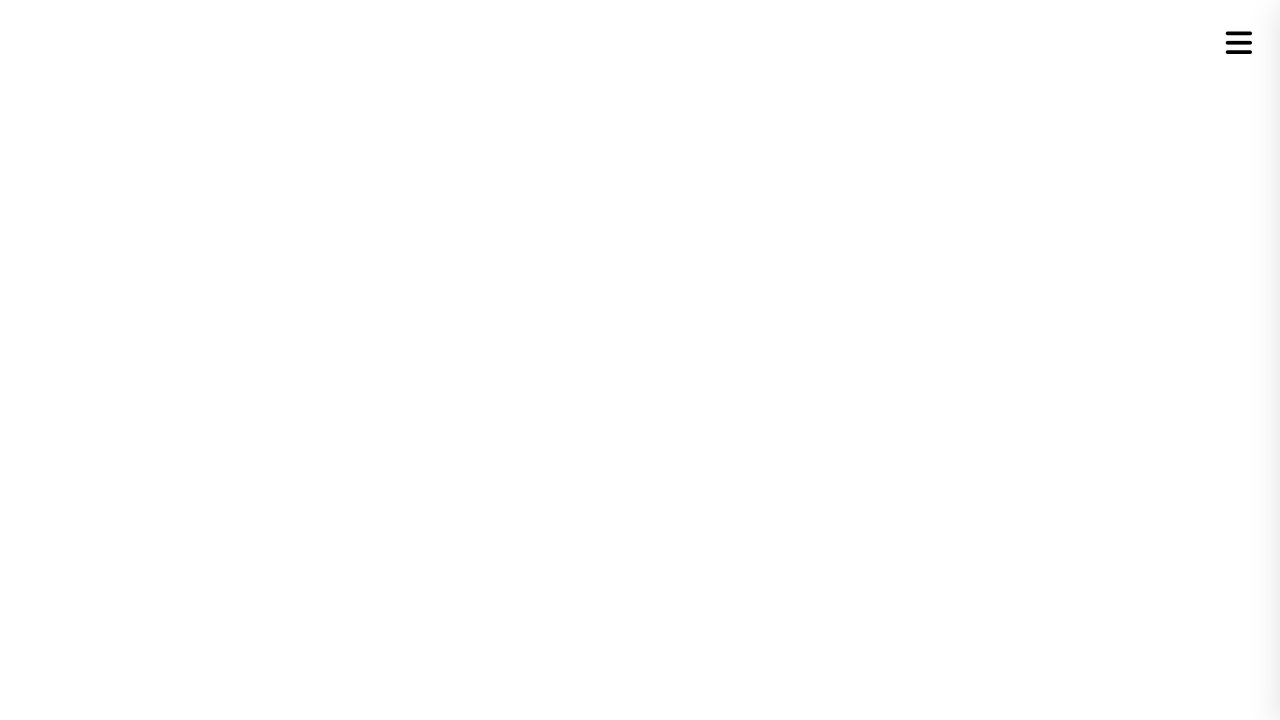
Repository: tungts3qb/Javascript
Page: toggle.html
The author's editor kept a copy of each file at every save. The page is drawn from the files as they stood at one save, then again after the next save.
The browser window is 1280 px wide. The pictures show the whole page.
After loading, the first visible `i.fa` was clicked once.

Above is the page before, as saved 2022-12-23 01:43:56.
Console error: TypeError: event.target.classList is not a function

### toggle.html
<!DOCTYPE html>
<html lang="en">
  <head>
    <meta charset="UTF-8" />
    <meta http-equiv="X-UA-Compatible" content="IE=edge" />
    <meta name="viewport" content="width=device-width, initial-scale=1.0" />
    <link
      rel="stylesheet"
      href="https://cdnjs.cloudflare.com/ajax/libs/font-awesome/6.2.1/css/all.min.css"
      integrity="sha512-MV7K8+y+gLIBoVD59lQIYicR65iaqukzvf/nwasF0nqhPay5w/9lJmVM2hMDcnK1OnMGCdVK+iQrJ7lzPJQd1w=="
      crossorigin="anonymous"
      referrerpolicy="no-referrer"
    />
    <link rel="stylesheet" href="style.css" />
    <title>Document</title>
  </head>
  <body>
    <header class="header">
      <i class="fa fa-bars menu-toggle"></i>
    </header>
    <ul class="menu">
      <li class="menu-item">
        <a href="#" class="menu-link">Home</a>
      </li>
      <li class="menu-item">
        <a href="#" class="menu-link">Home</a>
      </li>
      <li class="menu-item">
        <a href="#" class="menu-link">Home</a>
      </li>
      <li class="menu-item">
        <a href="#" class="menu-link">Home</a>
      </li>
    </ul>
    <script src="./toggle.js"></script>
  </body>
</html>

### style.css
.button {
  padding: 20px;
  color: white;
  background-color: #ffa400;
  border: 0;
  margin: 50px auto;
  display: block;
  width: 300px;
  font-family: "Poppins", sans-serif;
}

.change {
  display: block;
  padding: 15px 40px;
  border-radius: 10px;
  border: 0;
  color: white;
  font-family: "Poppins", sans-serif;
  margin: 50px auto;
  background-color: #3d6ef7;
}

.menu {
  width: 300px;
  position: fixed;
  top: 0;
  right: 0;
  bottom: 0;
  box-shadow: rgba(100, 100, 111, 0.2) 0px 7px 29px 0px;
  list-style: none;
  transform: translateX(100%);
  transition: transform 0.25s linear;
  margin-top: 0;
  margin-bottom: 0;
}

.menu.is-show {
  transform: translateX(0%);
}

.menu-link {
  display: block;
  padding: 20px 15px;
  color: #333;
  border-bottom: 1px solid #eee;
}

.header {
  padding: 20px;
  display: flex;
  align-items: center;
  justify-content: flex-end;
}

.menu-toggle {
  cursor: pointer;
  font-size: 30px;
  position: relative;
  z-index: 9999;
}

.menu-item a {
  text-decoration: none;
}

### toggle.js
const toggle = document.querySelector(".menu-toggle");
const menu = document.querySelector(".menu");

toggle.addEventListener("click", function (event) {
  event.target.classList("fa-times");
  menu.classList.toggle("is-show");
});

After the next save:
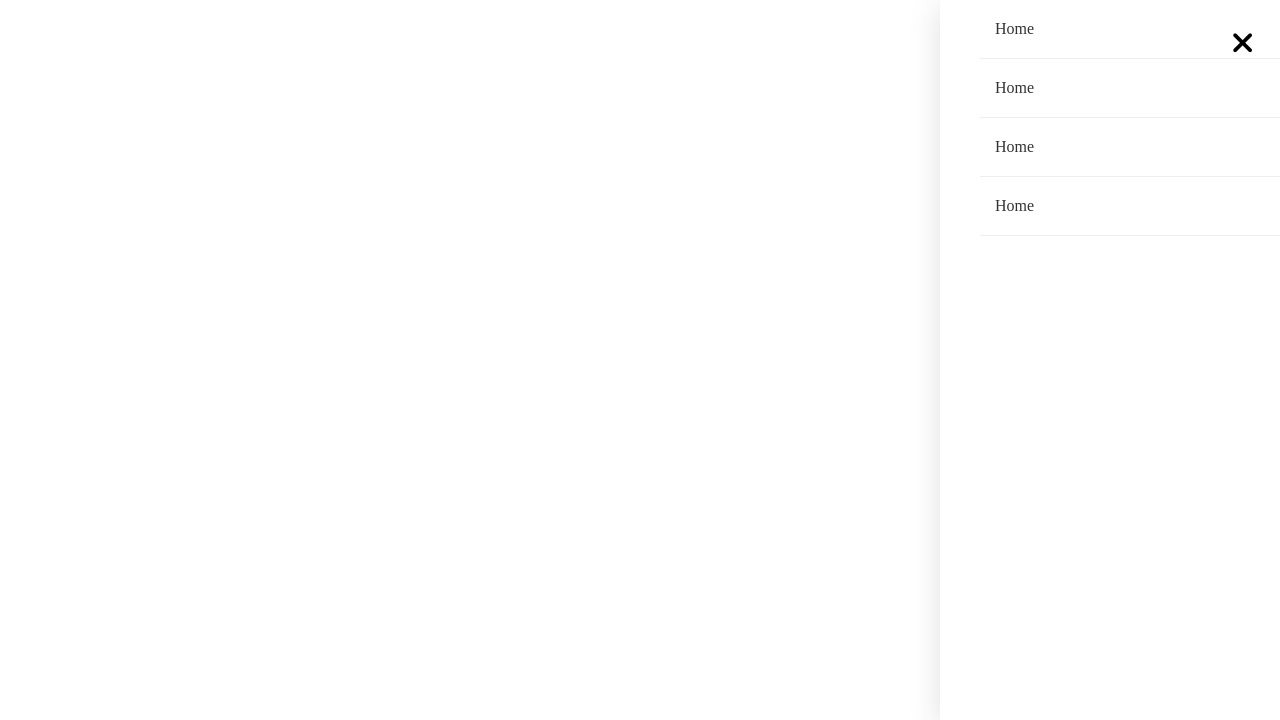
The error is gone.
Saved 41 s later.
--- a/toggle.js
+++ b/toggle.js
@@ -2,6 +2,6 @@ const toggle = document.querySelector(".menu-toggle");
 const menu = document.querySelector(".menu");
 
 toggle.addEventListener("click", function (event) {
-  event.target.classList("fa-times");
+  event.target.classList.add("fa-times");
   menu.classList.toggle("is-show");
 });
